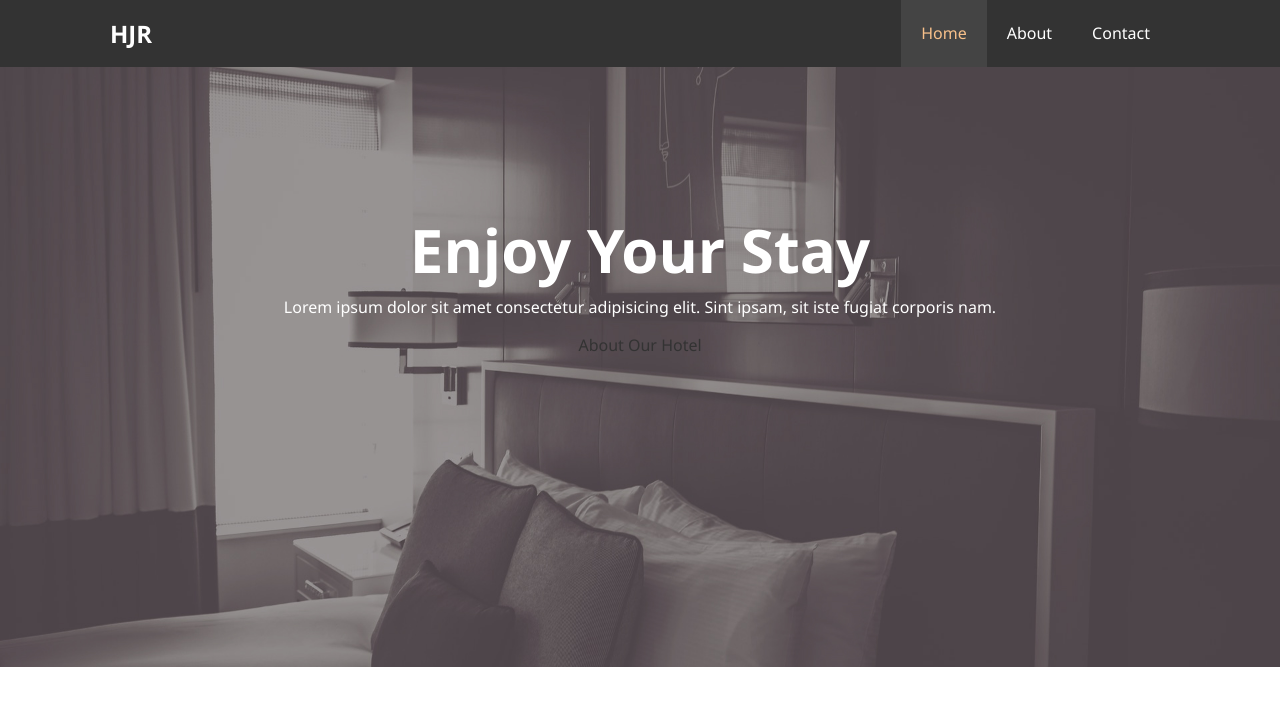
Repository: dimlutine/Hotel-Project
Page: index.html
These files come from the project's save history. The page is drawn as it stood at one moment and after the next save; the edit follows.
The browser window is 1280 px wide. The pictures show the whole page.

Above is the page before, as saved 2019-07-05 21:51:59.

After the next save:
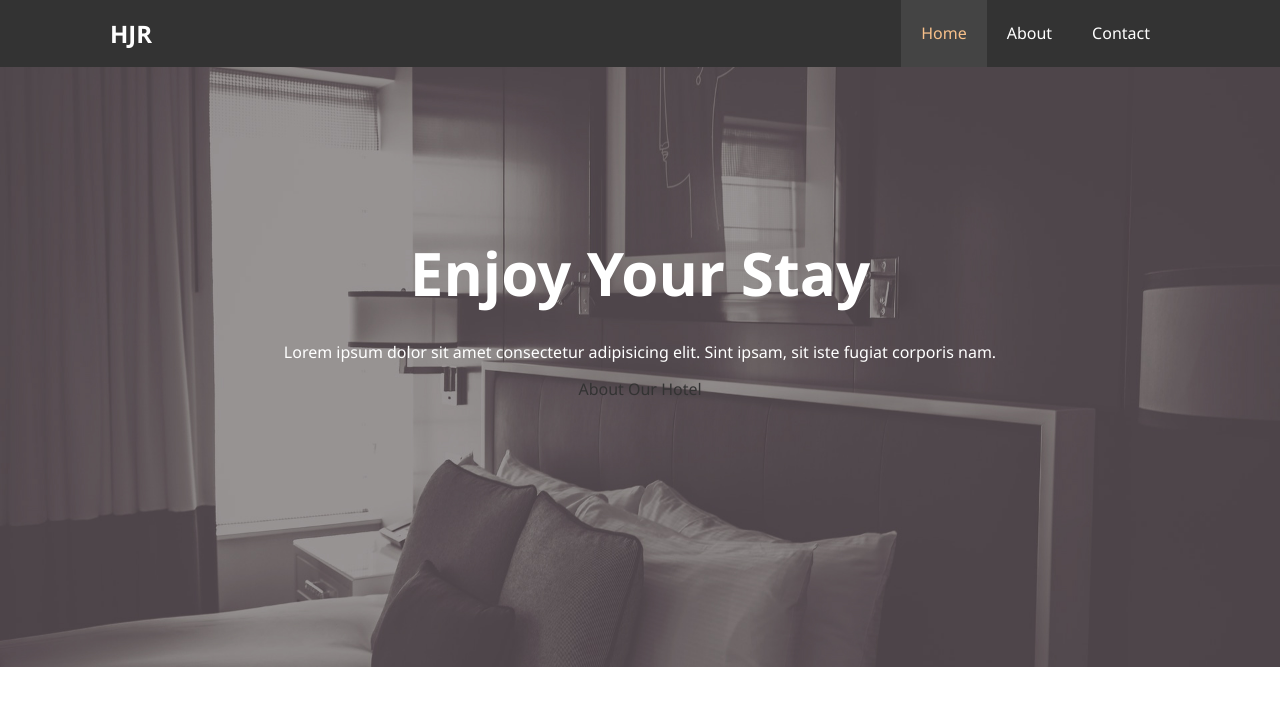
Saved 24 s later.
--- a/css/style.css
+++ b/css/style.css
@@ -84,4 +84,5 @@ p {
 
 #showcase .showcase-content h1 {
     font-size: 60px;
+    line-height: 1.2em;
 }
